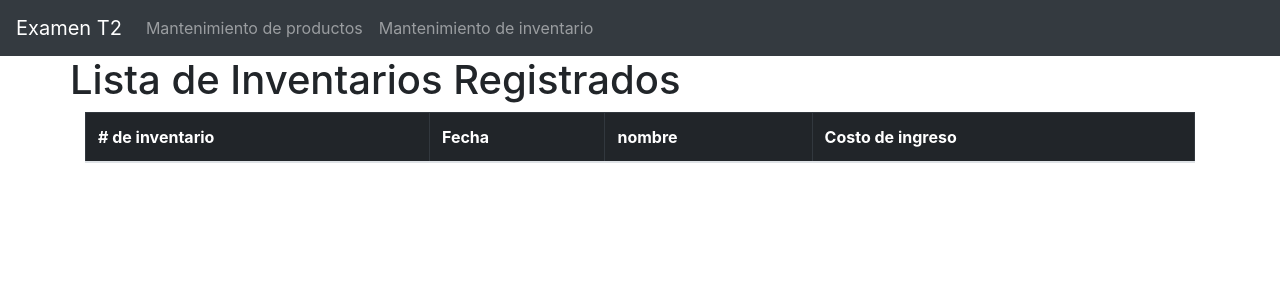
Repository: cartulina68/LP2_Examen2_Rosas
Page: http://localhost/inventario/index
An editor plug-in stored every save of this project. The page is shown before and after the next save, followed by the edit.
The browser window is 1280 px wide. The pictures show the whole page.
The page is this project's Thymeleaf template; nobody is signed in. The template is opened directly, without the code that normally fills it, so the values that code supplies are empty.

Above is the page before, as saved 2024-10-12 03:12:39.

After the next save:
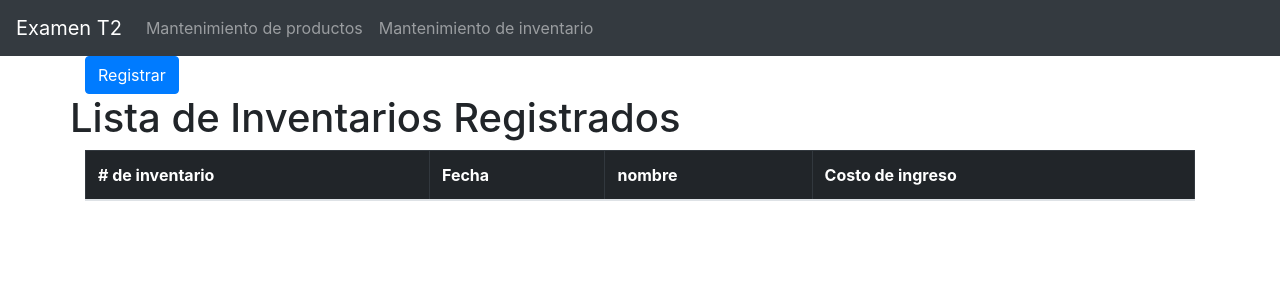
Saved 12 s later.
--- a/Spring/BD_T2_Inventario/src/main/resources/templates/inventario/index.html
+++ b/Spring/BD_T2_Inventario/src/main/resources/templates/inventario/index.html
@@ -28,6 +28,9 @@
 		</div>
 	</nav>
 	<div class="container">
+
+	<a th:href="@{/inventario/new}" class="btn btn-primary">Registrar</a>
+
 		<div class="row">
 			<h1>Lista de Inventarios Registrados</h1>
 		</div>
